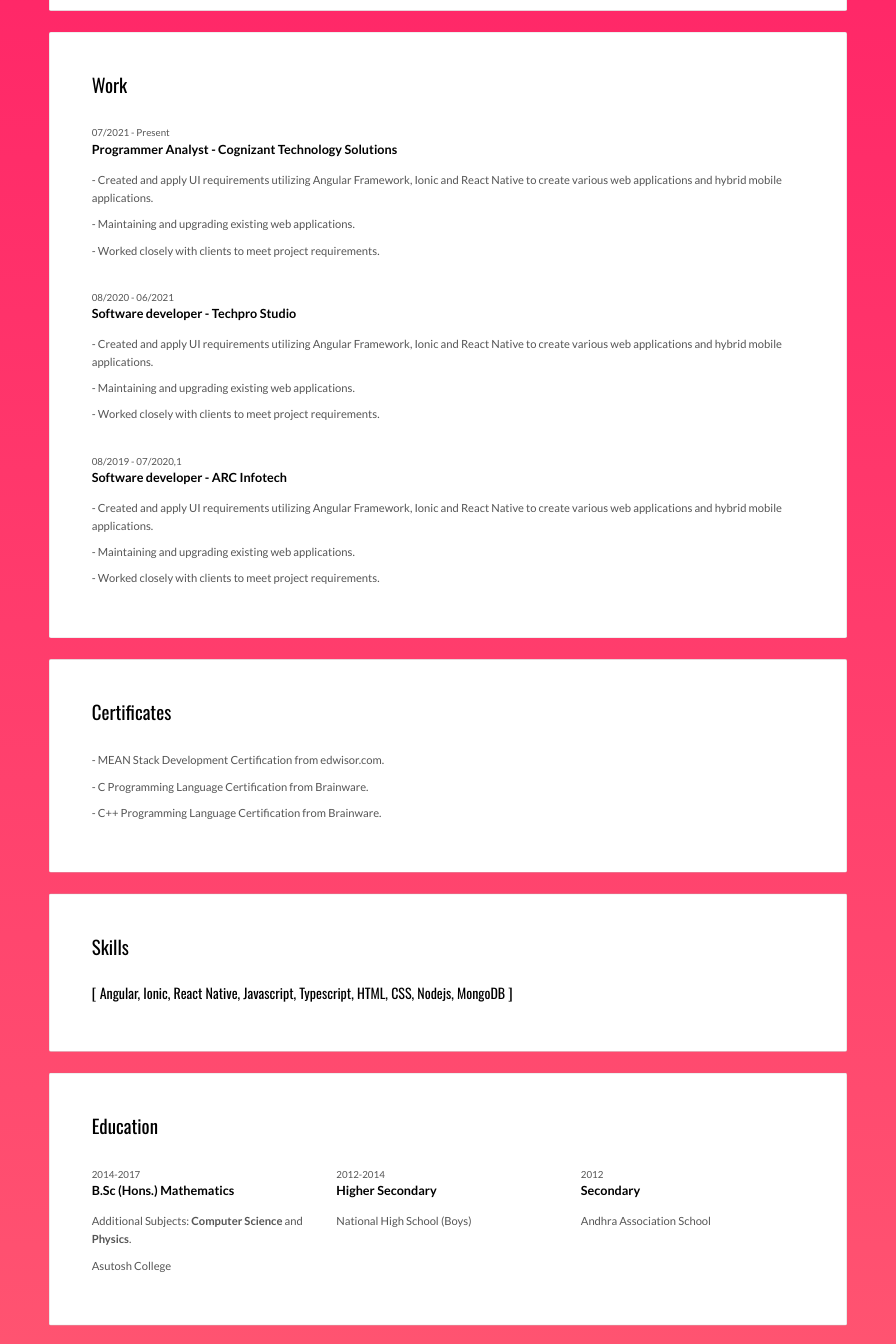
Repository: Ankit-singh7/work_with_ankit.github.io
Page: index.html
An editor plug-in stored every save of this project. The page is shown before and after the next save, followed by the edit.
The browser window is 1280 px wide. The pictures show the part of the page from y = 1772 to 3692 px (the page is 4663 px tall before and 4637 px after), at 70% of full size.

Above is the page before, as saved 2022-06-29 18:42:22.

### index.html
<!DOCTYPE html>
<html lang="en">

<head>
  <meta charset="UTF-8">
  <meta content="IE=edge" http-equiv="X-UA-Compatible">
  <meta content="width=device-width,initial-scale=1" name="viewport">
  <meta content="description" name="description">
  <meta name="google" content="notranslate" />
  <meta content="Mashup templates have been developped by Orson.io team" name="author">

  <!-- Disable tap highlight on IE -->
  <meta name="msapplication-tap-highlight" content="no">

  <link rel="apple-touch-icon" sizes="180x180" href="./assets/apple-icon-180x180.png">
  <link href="./assets/images/img.jpg" rel="icon">

  <title>@nk!t $!ngh | Software Developer</title>

 <link href="./main.d8e0d294.css" rel="stylesheet"></head>

<body class="">

<!-- Add your content of header -->
<div class="background-color-layer" style="background-image: url('assets/images/img-01.jpg')"
></div>
<main class="content-wrapper">
  <header class="white-text-container section-container">
    <div class="text-center">
      <h1>I am Ankit Singh</h1>
      <p>Software Developer</p>
      <p>
        <!-- <a class="fa-icon fa-icon-2x" href="https://facebook.com/" title="">
          <i class="fa fa-facebook"></i>
        </a> -->
        <!-- <a class="fa-icon fa-icon-2x" href="https://twitter.com/" title="">
          <i class="fa fa-twitter"></i>
        </a> -->
        <!-- <a class="fa-icon fa-icon-2x" href="https://dribbble.com/" title="">
          <i class="fa fa-dribbble"></i>
        </a> -->
        <a class="fa-icon fa-icon-2x" href="https://www.linkedin.com/in/ankit-singh-04b976165/" title="">
          <i class="fa fa-linkedin"></i>
        </a>
        <a class="fa-icon fa-icon-2x" href="https://github.com/Ankit-singh7" title="">
          <i class="fa fa-github"></i>
        </a>
        <a class="fa-icon fa-icon-2x" href="mailto:ankit.as2307@gmail.com" title="">
          <i class="fa fa-envelope"></i>
        </a>
        <!-- <a class="fa-icon fa-icon-2x" href="https://vimeo.com/" title="">
          <i class="fa fa-vimeo"></i>
        </a> -->
      </p>
    </div>
  </header>



<!-- Add your site or app content here -->

 <div class="container">
   <div class="row">
     <div class="col-xs-12">

        <div class="card">
          <div class="card-block">
            <h2>About me</h2>
            <div class="row">
              <div class="col-md-4">
                <p><img src="./assets/images/img.jpg" class="img-responsive" alt=""></p>
              </div>
              <div class="col-md-8">

              <p>Software Developer with 3+ years of experience in web apps and hybrid mobile apps development using Angular, Ionic, React , Nodejs, MongoDB etc.</p>
              <p>A technology enthusiast with a keen
                interest in problem solving with years of
                experience in Frontend Development and
                Hybrid Mobile App Development.</p>

              </div>
            </div>
          </div>
        </div>

        <!-- <div class="card">
          <div class="card-block">
            <h2>Projects</h2>
            <div class="row">
              <div class="col-md-4">
                <img src="./assets/images/img-02.jpg" class="img-responsive" alt="">
                <h3 class="h5">Amelia App</h3>
                <p>June 2017</p>
              </div>
              <div class="col-md-4">
                <img src="./assets/images/img-03.jpg" class="img-responsive" alt="">
                <h3 class="h5">Portland</h3>
                <p>March 2017</p>
              </div>
              <div class="col-md-4">
                <img src="./assets/images/img-04.jpg" class="img-responsive" alt="">
                <h3 class="h5">Denz for Nilon</h3>
                <p>Jan 2017</p>
              </div>
            </div>
          </div>
        </div> -->

        <div class="card">
          <div class="card-block">
            <h2>Projects</h2>
            <div id="carousel-example-generic" class="carousel slide" data-ride="carousel">


            <!-- Wrapper for slides -->
            <div class="carousel-inner" role="listbox">
              <div class="item active">
                <img src="./assets/images/ref.png" class="img-responsive" alt="...">
                <div class="carousel-caption">
                  <h3 class="h5">REF App (Made with Ionic)</h3>
                  <h4>Employer - Techpro Studio</h4>
                  <p>11/2020 - 03/2021</p>
                </div>
              </div>
              <div class="item">
                <img src="./assets/images/muni.png" class="img-responsive" alt="...">
                <div class="carousel-caption">
                  <h3 class="h5">Municipality App (Made with Ionic)</h3>
                  <h4>Freelancing</h4>
                  <p>08/2019 - 01/2020</p>
                </div>
              </div>
              <div class="item">
                <img src="./assets/images/engage.png" class="img-responsive" alt="...">
                <div class="carousel-caption">
                  <h3 class="h5">Engage Local (Made with Ionic)</h3>
                  <h4>Employer - Techpro Studio</h4>
                  <p>12/2019 - 05/2020</p>
                </div>
              </div>

              <div class="item">
                <img src="./assets/images/Drag.png" class="img-responsive" alt="...">
                <div class="carousel-caption">
                  <h3 class="h5">Drag & Drop Website Builder (Made with grapesjs)</h3>
                  <h4>Employer - Techpro Studio</h4>
                  <p>06/2020 - 03/2021</p>
                </div>
              </div>
              <div class="item">
                <img src="./assets/images/caters.png" class="img-responsive" alt="...">
                <div class="carousel-caption">
                  <h3 class="h5">Caters App (Made with Ionic)</h3>
                  <h4>Employer - Techpro Studio</h4>
                  <p>08/2020 - 01/2021</p>
                </div>
              </div>
            </div>

            <!-- Indicators -->
            <ol class="carousel-indicators">
              <li data-target="#carousel-example-generic" data-slide-to="0" class="active"></li>
              <li data-target="#carousel-example-generic" data-slide-to="1"></li>
              <li data-target="#carousel-example-generic" data-slide-to="2"></li>
              <li data-target="#carousel-example-generic" data-slide-to="3"></li>
              <li data-target="#carousel-example-generic" data-slide-to="4"></li>
            </ol>

          </div>
          </div>
        </div>

        <div class="card">
          <div class="card-block">
            <h2>Work</h2>
            <div class="work-experience">
              <small class="date">07/2021 - Present</small>
              <h3 class="h5 date-title">Programmer Analyst - <a href="http://en.orson.io" title="Create professionnal website">Cognizant Technology Solutions</a></h3>


              <p>- Created and apply UI requirements utilizing Angular Framework, Ionic and React Native to create various web applications and hybrid mobile applications.</p>
              <p>- Maintaining and upgrading existing web applications.</p>
              <p>- Worked closely with clients to meet project requirements.</p>
            </div>
            <div class="work-experience">
              <small class="date">08/2020 - 06/2021</small>
              <h3 class="h5 date-title">Software developer - <a href="http://en.orson.io" title="Create professionnal website">Techpro Studio</a></h3>


              <p>- Created and apply UI requirements utilizing Angular Framework, Ionic and React Native to create various web applications and hybrid mobile applications.</p>
              <p>- Maintaining and upgrading existing web applications.</p>
              <p>- Worked closely with clients to meet project requirements.</p>
            </div>

            <div class="work-experience">
              <small class="date">08/2019 - 07/2020,1</small>
              <h3 class="h5 date-title">Software developer - <a href="http://en.orson.io" title="Create professionnal website">ARC Infotech</a></h3>


              <p>- Created and apply UI requirements utilizing Angular
                   Framework, Ionic and React Native to create various web
                   applications and hybrid mobile applications.</p>
              <p>- Maintaining and upgrading existing web applications.</p>
              <p>- Worked closely with clients to meet project
                   requirements.</p>
            </div>


          </div>
        </div>
        <div class="card">
          <div class="card-block">
            <h2>Certificates</h2>
            <div class="work-experience">
              <p>- MEAN Stack Development Certification from edwisor.com.</p>
              <p>- C Programming Language Certification from Brainware.</p>
              <p>- C++ Programming Language Certification from Brainware.</p>
            </div>


          </div>
        </div>

        <div class="card">
          <div class="card-block">
            <h2>Skills</h2>
            <div class="work-experience">
              <h3>[ Angular, Ionic, React Native, Javascript, Typescript, HTML, CSS, Nodejs, MongoDB ]</h3>
            </div>


          </div>
        </div>


        <div class="card">
          <div class="card-block">
            <h2>Education</h2>
            <div class="row">
              <div class="col-md-4">
                <div class="education-experience">
                  <small class="date">2014-2017</small>
                  <h3 class="h5 date-title">B.Sc (Hons.) Mathematics</h3>
                  <p>Additional Subjects: <b>Computer Science</b> and <b>Physics</b>.</p>
                  <p>Asutosh College</p>
                </div>

              </div>
              <div class="col-md-4">
                <div class="education-experience">
                  <small class="date">2012-2014</small>
                  <h3 class="h5 date-title">Higher Secondary</h3>
                  <p>National High School (Boys)</p>
                </div>
              </div>
              <div class="col-md-4">
                <div class="education-experience">
                  <small class="date">2012</small>
                  <h3 class="h5 date-title">Secondary</h3>
                  <p>Andhra Association School</p>
                </div>
              </div>
            </div>
          </div>
        </div>

        <div class="card">
          <div class="card-block">
            <h2>Language</h2>
            <div class="row">
              <div class="col-md-4">
                <div class="language-experience">
                  <h3 class="h5">Hindi  <small>Native</small></h3>
                </div>
              </div>
              <div class="col-md-4">
                <div class="language-experience">
                  <h3 class="h5">English  <small>Professionnal</small></h3>
                </div>
              </div>
              <div class="col-md-4">
                <div class="language-experience">
                  <h3 class="h5">Bengali  <small>Professionnal</small></h3>
                </div>
              </div>
            </div>
          </div>
        </div>


        <div class="card">
          <div class="card-block">
            <h2>Contact</h2>
            <form action="" class="reveal-content">
              <div class="form-group">
                <input type="email" class="form-control" id="email" placeholder="Email">
              </div>
              <div class="form-group">
                <input type="text" class="form-control" id="subject" placeholder="Subject">
              </div>
              <div class="form-group">
                <textarea class="form-control" rows="5" placeholder="Enter your message"></textarea>
              </div>
              <div class="form-group">
                <button type="submit" class=" btn btn-primary">Send message</button>
              </div>
            </form>
          </div>
        </div>

     </div>
   </div>
 </div>

</main>
<footer class="footer-container white-text-container text-center">
  <div class="container">
    <div class="row">
      <div class="col-xs-12">
        <!-- <p><img src="./assets/images/mashup-icon.svg" alt=""></p> -->

        <p>©All right reserved</p>
        <p>
          <a class="fa-icon fa-icon-2x" href="https://www.linkedin.com/in/ankit-singh-04b976165/" title="">
            <i class="fa fa-linkedin"></i>
          </a>
          <a class="fa-icon fa-icon-2x" href="https://github.com/Ankit-singh7" title="">
            <i class="fa fa-github"></i>
          </a>
          <a class="fa-icon fa-icon-2x" href="mailto:ankit.as2307@gmail.com" title="">
            <i class="fa fa-envelope"></i>
          </a>
        </p>
      </div>
    </div>
  </div>
</footer>

<script>
  document.addEventListener("DOMContentLoaded", function (event) {
     scrollRevelation('.card');
  });
</script>
<!-- Google Analytics: change UA-XXXXX-X to be your site's ID

<script>
  (function (i, s, o, g, r, a, m) {
    i['GoogleAnalyticsObject'] = r; i[r] = i[r] || function () {
      (i[r].q = i[r].q || []).push(arguments)
    }, i[r].l = 1 * new Date(); a = s.createElement(o),
      m = s.getElementsByTagName(o)[0]; a.async = 1; a.src = g; m.parentNode.insertBefore(a, m)
  })(window, document, 'script', '//www.google-analytics.com/analytics.js', 'ga');
  ga('create', 'UA-XXXXX-X', 'auto');
  ga('send', 'pageview');
</script>

--><script type="text/javascript" src="./main.bc58148c.js"></script></body>

</html>

Loaded but not shown: main.d8e0d294.css (library); main.bc58148c.js (library)

After the next save:
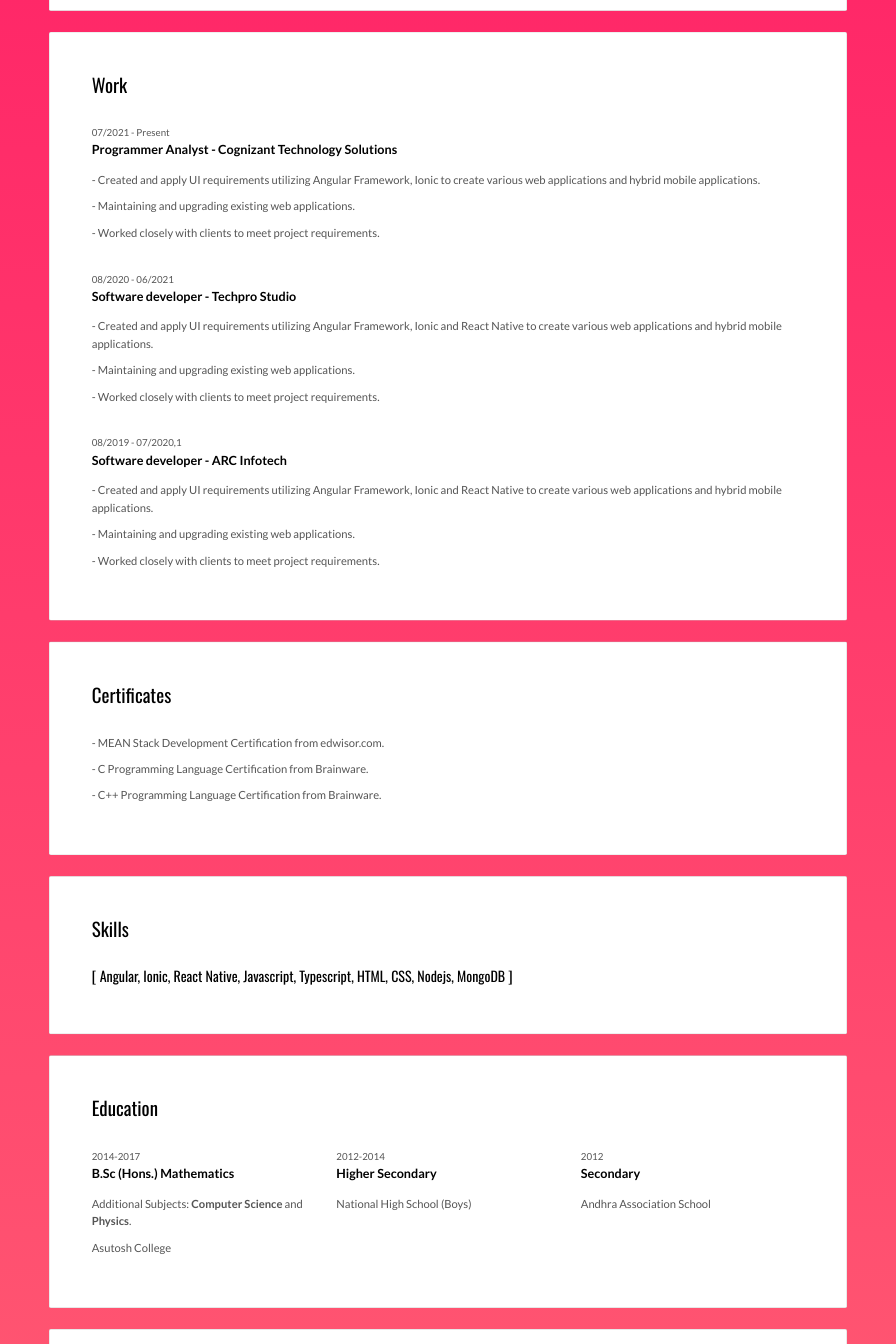
Saved 85 s later.
--- a/index.html
+++ b/index.html
@@ -178,7 +178,7 @@
               <h3 class="h5 date-title">Programmer Analyst - <a href="http://en.orson.io" title="Create professionnal website">Cognizant Technology Solutions</a></h3>
 
 
-              <p>- Created and apply UI requirements utilizing Angular Framework, Ionic and React Native to create various web applications and hybrid mobile applications.</p>
+              <p>- Created and apply UI requirements utilizing Angular Framework, Ionic to create various web applications and hybrid mobile applications.</p>
               <p>- Maintaining and upgrading existing web applications.</p>
               <p>- Worked closely with clients to meet project requirements.</p>
             </div>
